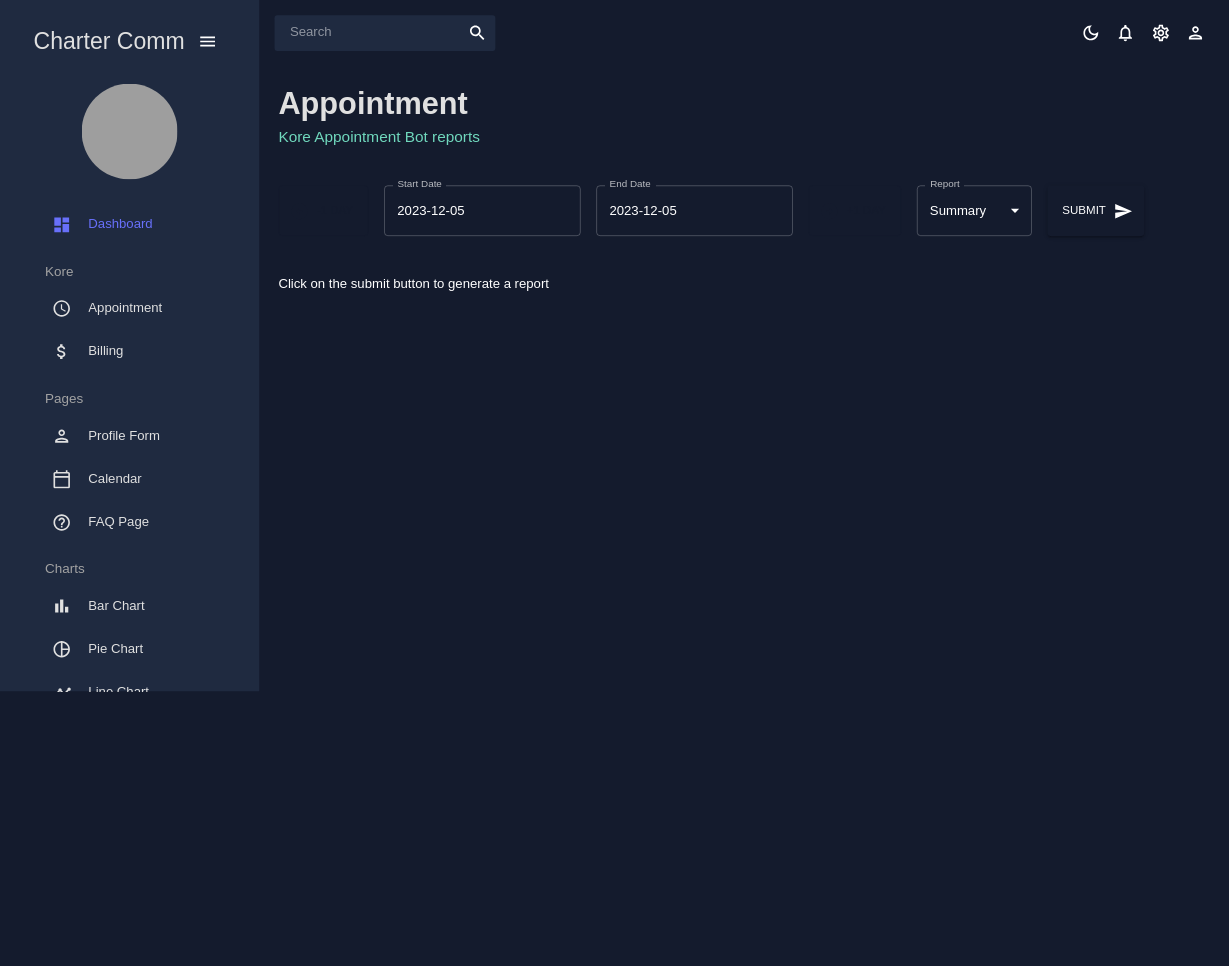
Repository: HenrryWith2Rs/reporthub
Page: /kore/appt (app in ui/)
The author's editor kept a copy of each file at every save. The page is drawn from the files as they stood at one save, then again after the next save.
The browser window is 1280 px wide. The pictures show the whole page, at 96% of full size.
Pictures or frames that could not be fetched are drawn as grey boxes. The project was rebuilt for these pictures with package versions that can differ from the ones it lists, and the page was loaded fresh each time. Also part of the build but not shown: ui/vite.config.ts, ui/src/data/mockData.ts, ui/src/components/LineChart.tsx, ui/src/data/mockGeoFeatures.ts, ui/src/components/GeographyChart.tsx, ui/src/data/dataParser.ts, ui/src/components/BarChart.tsx, ui/src/components/ProgressCircle.tsx and 8 more.

Above is the page before, as saved 2023-12-08 21:19:53.

### ui/src/main.tsx
import React from 'react';
import ReactDOM from 'react-dom/client';
import { BrowserRouter } from 'react-router-dom';
import App from './App.tsx';
import './index.css';
import { LocalizationProvider } from '@mui/x-date-pickers';
import { AdapterDateFns } from '@mui/x-date-pickers/AdapterDateFns';
import { QueryClient, QueryClientProvider } from '@tanstack/react-query';
// import {ReactQueryDevtools} from "@tanstack/react-query-devtools"

const queryClient = new QueryClient();

ReactDOM.createRoot(document.getElementById('root')!).render(
  <React.StrictMode>
    <LocalizationProvider dateAdapter={AdapterDateFns}>
      <BrowserRouter>
        <QueryClientProvider client={queryClient}>
          <App />
        </QueryClientProvider>
      </BrowserRouter>
    </LocalizationProvider>
  </React.StrictMode>
);

### ui/src/App.tsx
import { Routes, Route } from 'react-router-dom';
import ThemeRegistry from './ThemeRegistry/ThemeRegistry';
import Topbar from './scenes/global/Topbar';
import Sidebar from './scenes/global/Sidebar';
import Dashboard from './scenes/dashboard';
import Appointment from './scenes/appointment';
import Bar from './scenes/bar';
import Pie from './scenes/pie';
import Line from './scenes/line';
import Geography from './scenes/geography';

function App() {
  return (
    <ThemeRegistry>
      <div className="app">
        <Sidebar />
        <main className="content">
          <Topbar />
          <Routes>
            <Route path="/" element={<Dashboard />} />
            <Route path="/kore/appt" element={<Appointment />} />
            <Route path="/bar" element={<Bar />} />
            <Route path="/pie" element={<Pie />} />
            <Route path="/line" element={<Line />} />
            <Route path="/geography" element={<Geography />} />
          </Routes>
        </main>
      </div>
    </ThemeRegistry>
  );
}

export default App;

### ui/src/index.css
@import url('https://fonts.googleapis.com/css2?family=Poppins:wght@300;400;500;600&family=Source+Code+Pro:wght@400;600;700&display=swap');

html,
body,
#root,
.app,
.content {
  height: 100%;
  width: 100%;
  font-family: 'Source Sans Pro', sans-serif;
}

.app {
  display: flex;
  position: relative;
}

::-webkit-scrollbar {
  width: 10px;
}

/* Track */
::-webkit-scrollbar-track {
  background: #e0e0e0;
}

/* Handle */
::-webkit-scrollbar-thumb {
  background: #888;
}

/* Handle on hover */
::-webkit-scrollbar-thumb:hover {
  background: #555;
}

### ui/src/ThemeRegistry/ThemeRegistry.tsx
import { ThemeProvider, CssBaseline } from '@mui/material';
import { ColorModeContext, useMode } from './theme';

export default function ThemeRegistry({
  children,
}: {
  children: React.ReactNode;
}) {
  const [theme, colorMode] = useMode();
  return (
    <ColorModeContext.Provider value={colorMode}>
      <ThemeProvider theme={theme}>
        {/* CssBaseline kickstart an elegant, consistent, and simple baseline to build upon. */}
        <CssBaseline />
        {children}
      </ThemeProvider>
    </ColorModeContext.Provider>
  );
}

### ui/src/scenes/global/Topbar.tsx
import { Box, IconButton, useTheme } from '@mui/material';
import { useContext } from 'react';
import { ColorModeContext, tokens } from '../../ThemeRegistry/theme';
import InputBase from '@mui/material/InputBase';
import LightModeOutlinedIcon from '@mui/icons-material/LightModeOutlined';
import DarkModeOutlinedIcon from '@mui/icons-material/DarkModeOutlined';
import NotificationsOutlinedIcon from '@mui/icons-material/NotificationsOutlined';
import SettingsOutlinedIcon from '@mui/icons-material/SettingsOutlined';
import PersonOutlinedIcon from '@mui/icons-material/PersonOutlined';
import SearchIcon from '@mui/icons-material/Search';

const Topbar = () => {
  const theme = useTheme();
  const colors = tokens(theme.palette.mode);
  const colorMode = useContext(ColorModeContext);

  return (
    <Box display="flex" justifyContent="space-between" p={2}>
      {/* SEARCH BAR */}
      <Box
        sx={{
          display: 'flex',
          backgroundColor: colors.primary[400],
          borderRadius: '3px',
        }}
      >
        <InputBase sx={{ ml: 2, flex: 1 }} placeholder="Search" />
        <IconButton type="button" sx={{ p: 1 }}>
          <SearchIcon />
        </IconButton>
      </Box>

      {/* ICONS */}
      <Box display="flex">
        <IconButton onClick={colorMode.toggleColorMode}>
          {theme.palette.mode === 'dark' ? (
            <DarkModeOutlinedIcon />
          ) : (
            <LightModeOutlinedIcon />
          )}
        </IconButton>
        <IconButton>
          <NotificationsOutlinedIcon />
        </IconButton>
        <IconButton>
          <SettingsOutlinedIcon />
        </IconButton>
        <IconButton>
          <PersonOutlinedIcon />
        </IconButton>
      </Box>
    </Box>
  );
};

export default Topbar;

### ui/src/scenes/appointment/index.tsx
import { useState, useEffect } from 'react';
import { tokens } from '../../ThemeRegistry/theme';
import Header from '../../components/Header';
import {
  useTheme,
  Box,
  Stack,
  Button,
  IconButton,
  MenuItem,
  InputLabel,
  FormControl,
  CircularProgress,
} from '@mui/material';
import SendIcon from '@mui/icons-material/Send';
import ArrowCircleLeftIcon from '@mui/icons-material/ArrowCircleLeft';
import ArrowCircleRightIcon from '@mui/icons-material/ArrowCircleRight';
import Select, { SelectChangeEvent } from '@mui/material/Select';
import { DatePicker } from '@mui/x-date-pickers/DatePicker';
import { format } from 'date-fns';
import { getLastNDays } from '../../utils/dateUtils';
import { ReportType } from '../../types/koreTypes';
import useBotData from '../../api/dataHooks/useAppointmentData';
import BotReport from '../../components/BotReport';
import { ArrowLeftIcon } from '@mui/x-date-pickers';

const Appointment = () => {
  const theme = useTheme();
  const colors = tokens(theme.palette.mode);

  // State variables
  const [dateStart, setDateStart] = useState<Date | null>(new Date());
  const [dateEnd, setDateEnd] = useState<Date | null>(new Date());
  const [reportType, setReportType] = useState<ReportType>('summary');
  const [isFetchEnabled, setIsFetchEnabled] = useState<boolean>(false);

  // Effect to set initial date values
  useEffect(() => {
    const { startDate, endDate } = getLastNDays(1);
    setDateStart(startDate);
    setDateEnd(endDate);
  }, []);

  // Format date values
  const formattedStartDate = formatDate(dateStart);
  const formattedEndDate = formatDate(dateEnd);

  // Fetch data using useBotData
  const { data, isFetching, error, refetch } = useBotData(
    'appointment',
    formattedStartDate,
    formattedEndDate,
    reportType,
    'html',
    isFetchEnabled
  );

  // Log loading, error, or API response
  if (isFetching) {
    console.log('Loading...');
  } else if (error) {
    console.error('Error fetching data');
  } else if (data) {
    console.log('API Response:', data);
    // Display data or update state as needed
  }

  // Handle select change
  const handleSelectChange = (event: SelectChangeEvent) => {
    setReportType(event.target.value as ReportType);
  };

  // Handle form submission
  const handleSubmit = () => {
    setIsFetchEnabled(true); // Enable fetching
    refetch(); // Trigger API call
  };
  return (
    <Box m="20px">
      <Header title="Appointment" subtitle="Kore Appointment Bot reports" />
      <Box m="40px 0 0 0" height="75vh">
        <Stack direction="row" spacing={2}>
          <Button variant="outlined" startIcon={<ArrowCircleLeftIcon />}>
            -1 Day
          </Button>
          <DatePicker
            label="Start Date"
            format="yyyy-MM-dd"
            value={dateStart}
            onChange={(newValue) => setDateStart(newValue)}
          />
          <DatePicker
            label="End Date"
            format="yyyy-MM-dd"
            value={dateEnd}
            onChange={(newValue) => setDateEnd(newValue)}
          />
          <Button variant="outlined" startIcon={<ArrowCircleRightIcon />}>
            +1 Day
          </Button>
          <FormControl sx={{ minWidth: 120 }}>
            <InputLabel>Report</InputLabel>
            <Select
              value={reportType}
              label="Report"
              onChange={handleSelectChange}
            >
              <MenuItem value={'summary'}>Summary</MenuItem>
              <MenuItem value={'detailed'}>Detailed</MenuItem>
            </Select>
          </FormControl>
          <Button
            variant="contained"
            endIcon={<SendIcon />}
            onClick={handleSubmit}
          >
            Submit
          </Button>
        </Stack>
        <Box m="40px 0 0 0" height="100vh">
          {isFetching ? (
            <CircularProgress />
          ) : error ? (
            <div>Error fetching data. Please try again.</div>
          ) : data ? (
            <BotReport html={data.message} />
          ) : (
            <div>Click on the submit button to generate a report</div>
          )}
        </Box>
      </Box>
    </Box>
  );
};

const formatDate = (date: Date | null): string => {
  return date ? format(date, 'yyyy-MM-dd') : '';
};

export default Appointment;

### ui/src/ThemeRegistry/theme.ts
import { createContext, useState, useMemo } from 'react';
import { Theme, createTheme } from '@mui/material/styles';

type Mode = 'dark' | 'light';

// color design tokens export
export const tokens = (mode: Mode) => ({
  ...(mode === 'dark'
    ? {
        grey: {
          100: '#e0e0e0',
          200: '#c2c2c2',
          300: '#a3a3a3',
          400: '#858585',
          500: '#666666',
          600: '#525252',
          700: '#3d3d3d',
          800: '#292929',
          900: '#141414',
        },
        primary: {
          100: '#d0d1d5',
          200: '#a1a4ab',
          300: '#727681',
          400: '#1F2A40',
          500: '#141b2d',
          600: '#101624',
          700: '#0c101b',
          800: '#080b12',
          900: '#040509',
        },
        greenAccent: {
          100: '#dbf5ee',
          200: '#b7ebde',
          300: '#94e2cd',
          400: '#70d8bd',
          500: '#4cceac',
          600: '#3da58a',
          700: '#2e7c67',
          800: '#1e5245',
          900: '#0f2922',
        },
        redAccent: {
          100: '#f8dcdb',
          200: '#f1b9b7',
          300: '#e99592',
          400: '#e2726e',
          500: '#db4f4a',
          600: '#af3f3b',
          700: '#832f2c',
          800: '#58201e',
          900: '#2c100f',
        },
        blueAccent: {
          100: '#e1e2fe',
          200: '#c3c6fd',
          300: '#a4a9fc',
          400: '#868dfb',
          500: '#6870fa',
          600: '#535ac8',
          700: '#3e4396',
          800: '#2a2d64',
          900: '#151632',
        },
      }
    : {
        grey: {
          100: '#141414',
          200: '#292929',
          300: '#3d3d3d',
          400: '#525252',
          500: '#666666',
          600: '#858585',
          700: '#a3a3a3',
          800: '#c2c2c2',
          900: '#e0e0e0',
        },
        primary: {
          100: '#040509',
          200: '#080b12',
          300: '#0c101b',
          400: '#f2f0f0', // manually changed
          500: '#141b2d',
          600: '#1F2A40',
          700: '#727681',
          800: '#a1a4ab',
          900: '#d0d1d5',
        },
        greenAccent: {
          100: '#0f2922',
          200: '#1e5245',
          300: '#2e7c67',
          400: '#3da58a',
          500: '#4cceac',
          600: '#70d8bd',
          700: '#94e2cd',
          800: '#b7ebde',
          900: '#dbf5ee',
        },
        redAccent: {
          100: '#2c100f',
          200: '#58201e',
          300: '#832f2c',
          400: '#af3f3b',
          500: '#db4f4a',
          600: '#e2726e',
          700: '#e99592',
          800: '#f1b9b7',
          900: '#f8dcdb',
        },
        blueAccent: {
          100: '#151632',
          200: '#2a2d64',
          300: '#3e4396',
          400: '#535ac8',
          500: '#6870fa',
          600: '#868dfb',
          700: '#a4a9fc',
          800: '#c3c6fd',
          900: '#e1e2fe',
        },
      }),
});

// mui theme settings
export const themeSettings = (mode: Mode) => {
  const colors = tokens(mode);
  return {
    palette: {
      mode: mode,
      ...(mode === 'dark'
        ? {
            // palette values for dark mode
            primary: {
              main: colors.primary[500],
            },
            secondary: {
              main: colors.greenAccent[500],
            },
            neutral: {
              dark: colors.grey[700],
              main: colors.grey[500],
              light: colors.grey[100],
            },
            background: {
              default: colors.primary[500],
            },
          }
        : {
            // palette values for light mode
            primary: {
              main: colors.primary[100],
            },
            secondary: {
              main: colors.greenAccent[500],
            },
            neutral: {
              dark: colors.grey[700],
              main: colors.grey[500],
              light: colors.grey[100],
            },
            background: {
              default: '#fcfcfc',
            },
          }),
    },
    typography: {
      fontFamily: ['Source Sans Pro', 'sans-serif'].join(','),
      fontSize: 12,
      h1: {
        fontFamily: ['Source Sans Pro', 'sans-serif'].join(','),
        fontSize: 40,
      },
      h2: {
        fontFamily: ['Source Sans Pro', 'sans-serif'].join(','),
        fontSize: 32,
      },
      h3: {
        fontFamily: ['Source Sans Pro', 'sans-serif'].join(','),
        fontSize: 24,
      },
      h4: {
        fontFamily: ['Source Sans Pro', 'sans-serif'].join(','),
        fontSize: 20,
      },
      h5: {
        fontFamily: ['Source Sans Pro', 'sans-serif'].join(','),
        fontSize: 16,
      },
      h6: {
        fontFamily: ['Source Sans Pro', 'sans-serif'].join(','),
        fontSize: 14,
      },
    },
  };
};

// context for color mode
export const ColorModeContext = createContext({
  toggleColorMode: () => {},
});

export const useMode = (): [Theme, { toggleColorMode: () => void }] => {
  const [mode, setMode] = useState<Mode>('dark');

  const colorMode = useMemo(
    () => ({
      toggleColorMode: () =>
        setMode((prev) => (prev === 'light' ? 'dark' : 'light')),
    }),
    []
  );

  const theme = useMemo(() => createTheme(themeSettings(mode)), [mode]);
  return [theme, colorMode];
};

### ui/src/components/Header.tsx
import { Typography, Box, useTheme } from '@mui/material';
import { tokens } from '../ThemeRegistry/theme';

type HeaderProps = {
  title: string;
  subtitle: string;
};

const Header = ({ title, subtitle }: HeaderProps) => {
  const theme = useTheme();
  const colors = tokens(theme.palette.mode);
  return (
    <Box mb="30px">
      <Typography
        variant="h2"
        color={colors.grey[100]}
        fontWeight="bold"
        sx={{ m: '0 0 5px 0' }}
      >
        {title}
      </Typography>
      <Typography variant="h5" color={colors.greenAccent[400]}>
        {subtitle}
      </Typography>
    </Box>
  );
};

export default Header;

### ui/src/utils/dateUtils.ts
import { subDays } from 'date-fns';

export function getLastNDays(n: number): {
  startDate: Date;
  endDate: Date;
} {
  const currentDate = new Date();
  const endDate = subDays(currentDate, 1);
  const startDate = subDays(currentDate, n);

  return { startDate, endDate };
}

### ui/src/api/dataHooks/useAppointmentData.ts
// useBotData.ts
import { useQuery } from '@tanstack/react-query';
import {
  RequestParameters,
  BotType,
  ReportType,
  FormatType,
} from '../../types/koreTypes';
import { fetchAppointmentData } from '../data/koreBotDataFetcher';

const useBotData = (
  botType: string,
  dateStart: string,
  dateEnd: string,
  reportType: string,
  format: string,
  isFetchEnabled: boolean
) => {
  const params: RequestParameters = {
    bot: botType as BotType,
    reportType: reportType as ReportType,
    format: format as FormatType,
    dateStart,
    dateEnd,
  };

  const { data, isFetching, error, refetch } = useQuery({
    queryKey: [`${botType}Data`, dateStart, dateEnd],
    queryFn: () => fetchAppointmentData(params),
    enabled: isFetchEnabled,
  });

  return {
    data,
    isFetching,
    error,
    refetch,
  };
};

export default useBotData;

### ui/src/api/data/koreBotDataFetcher.ts
import axios from 'axios';
import { RequestParameters } from '../../types/koreTypes';

export const fetchAppointmentData = async (params: RequestParameters) => {
  try {
    const response = await axios.post(
      'http://localhost:3000/api/kore/appt',
      params
    );

    return response.data;
  } catch (error) {
    throw new Error(`Failed to fetch appointment data -> ${error}`);
  }
};

Loaded but not shown: ui/index.html (common file); ui/src/scenes/global/Sidebar.tsx (235 lines, source omitted)

After the next save:
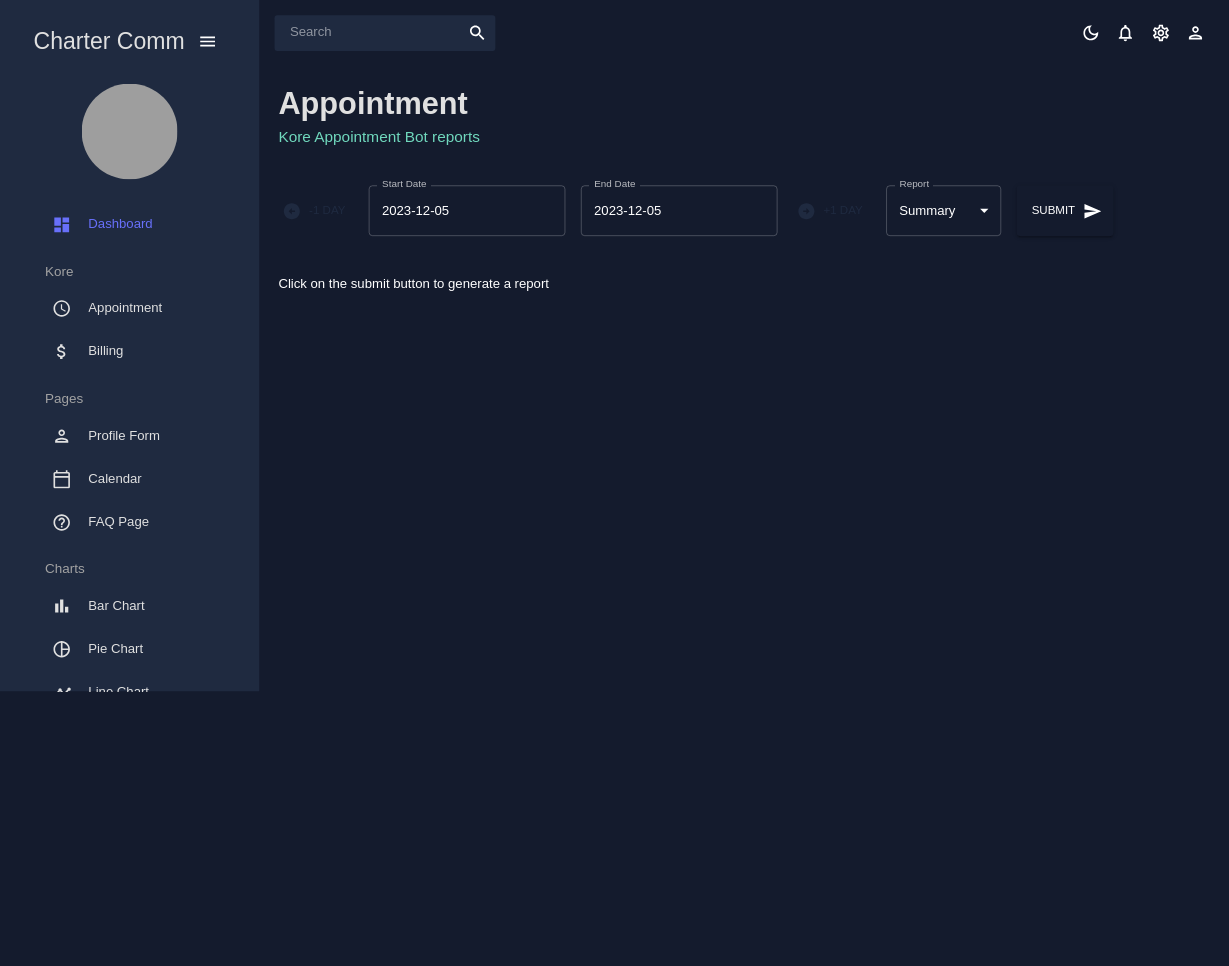
Saved 2 min 14 s later.
--- a/ui/src/scenes/appointment/index.tsx
+++ b/ui/src/scenes/appointment/index.tsx
@@ -80,7 +80,10 @@ const Appointment = () => {
       <Header title="Appointment" subtitle="Kore Appointment Bot reports" />
       <Box m="40px 0 0 0" height="75vh">
         <Stack direction="row" spacing={2}>
-          <Button variant="outlined" startIcon={<ArrowCircleLeftIcon />}>
+          <Button
+            sx={{ color: colors.primary[400] }}
+            startIcon={<ArrowCircleLeftIcon />}
+          >
             -1 Day
           </Button>
           <DatePicker
@@ -95,7 +98,10 @@ const Appointment = () => {
             value={dateEnd}
             onChange={(newValue) => setDateEnd(newValue)}
           />
-          <Button variant="outlined" startIcon={<ArrowCircleRightIcon />}>
+          <Button
+            sx={{ color: colors.primary[400] }}
+            startIcon={<ArrowCircleRightIcon />}
+          >
             +1 Day
           </Button>
           <FormControl sx={{ minWidth: 120 }}>
